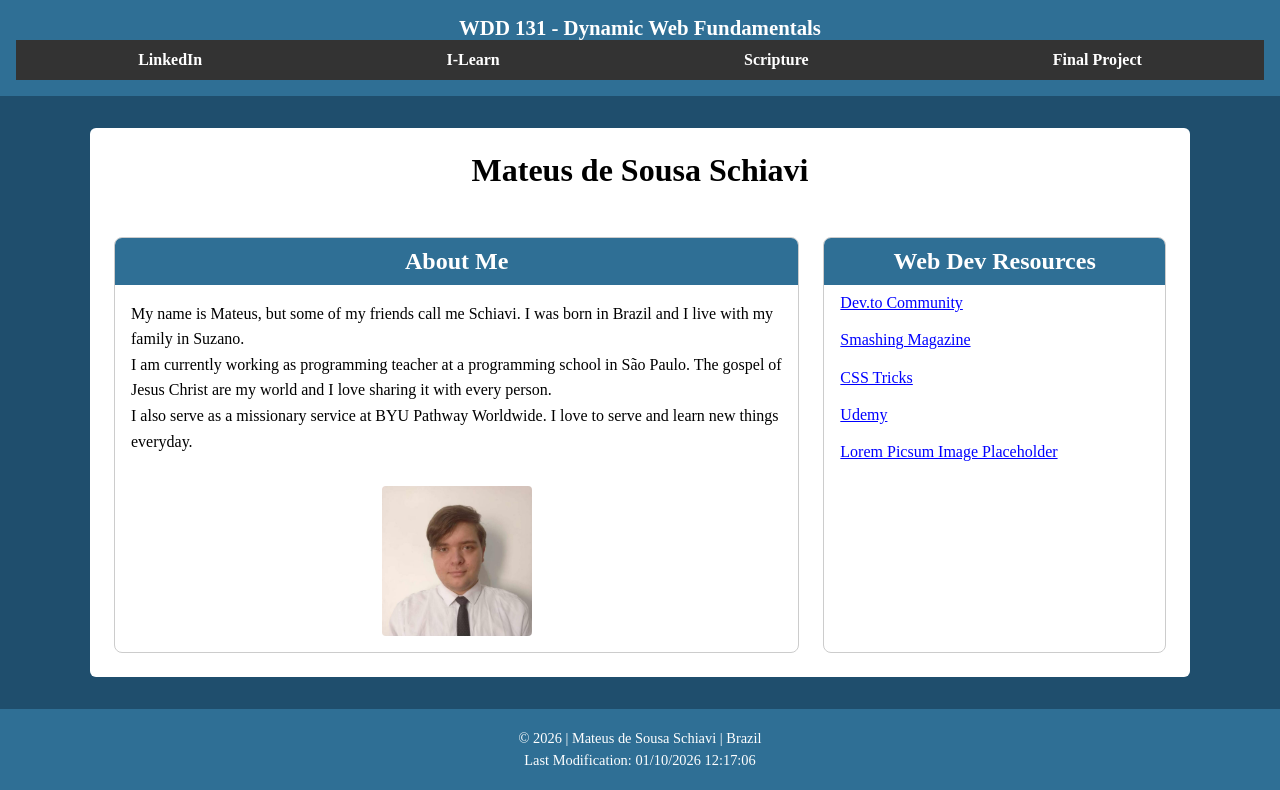
Repository: mateus-schiavi/wdd131
Page: index.html
The author's editor kept a copy of each file at every save. The page is drawn from the files as they stood at one save, then again after the next save.
The browser window is 1280 px wide. The pictures show the whole page.
Some web fonts or font styles are not loaded; a fallback is used.

Above is the page before, as saved 2026-01-10 17:07:20.

After the next save:
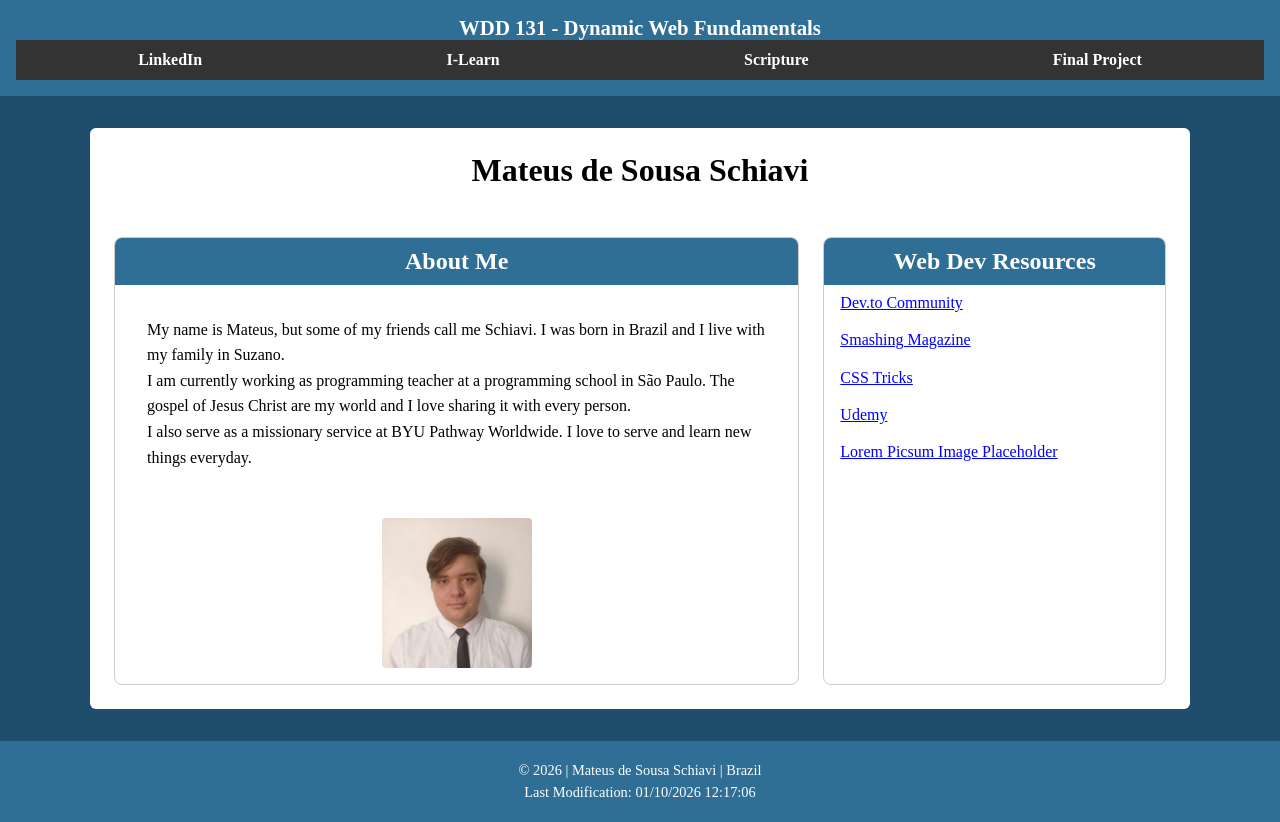
Saved 61 s later.
--- a/index.html
+++ b/index.html
@@ -31,7 +31,8 @@
         <h1>Mateus de Sousa Schiavi</h1>
         <section class="card">
             <h2>About Me</h2>
-            <p>
+            <div class="about-content">
+                <p>
                 My name is Mateus, but some of my friends call me Schiavi. I was born in Brazil and I live with my
                 family in Suzano. <br>
                 I am currently working as programming teacher at a programming school in São Paulo. The gospel of Jesus
@@ -39,6 +40,7 @@
                 I also serve as a missionary service at BYU Pathway Worldwide. I love to serve and learn new things
                 everyday.
             </p>
+            </div>
             <img src="./images/profile.jpg" alt="profile picture">
         </section>
         <section class="card">
